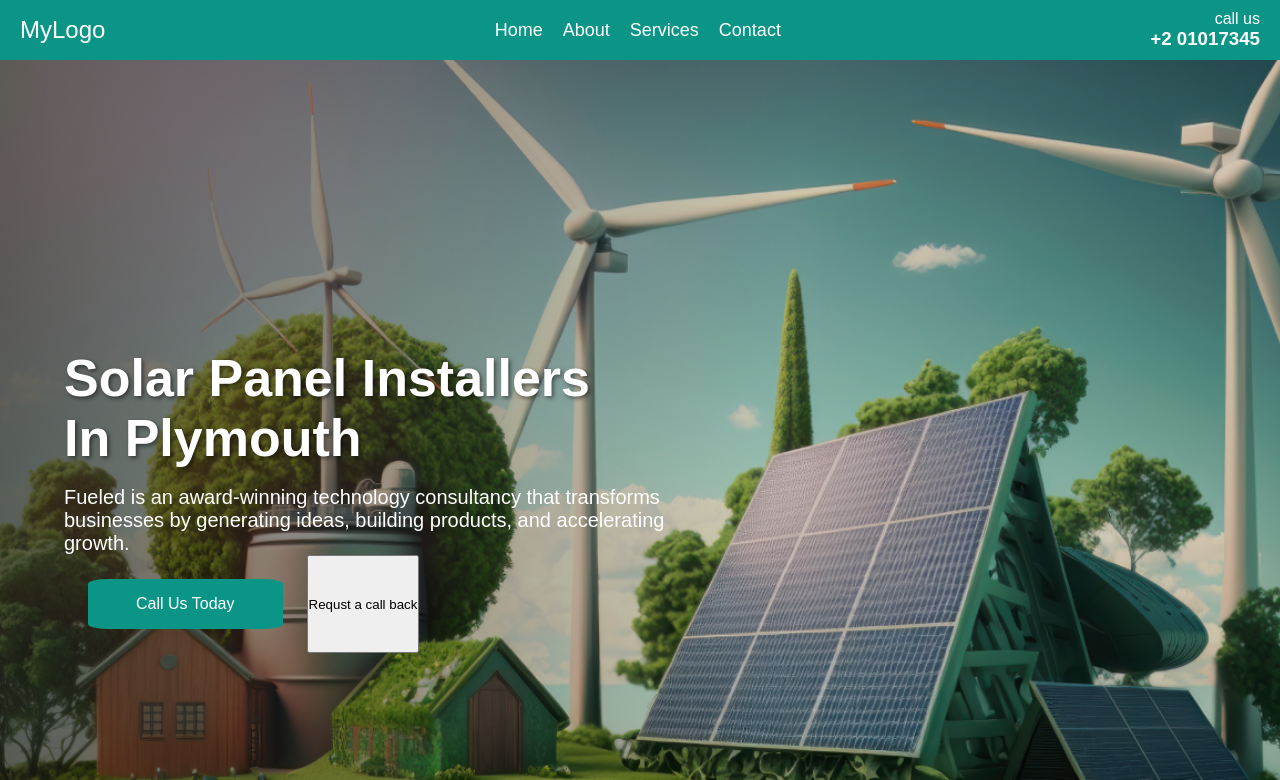
Repository: MaramNabil872/Landing-Page
Page: landingPage.html
An editor plug-in stored every save of this project. The page is shown before and after the next save, followed by the edit.
The browser window is 1280 px wide. The pictures show the whole page.

Above is the page before, as saved 2024-10-20 20:43:45.

After the next save:
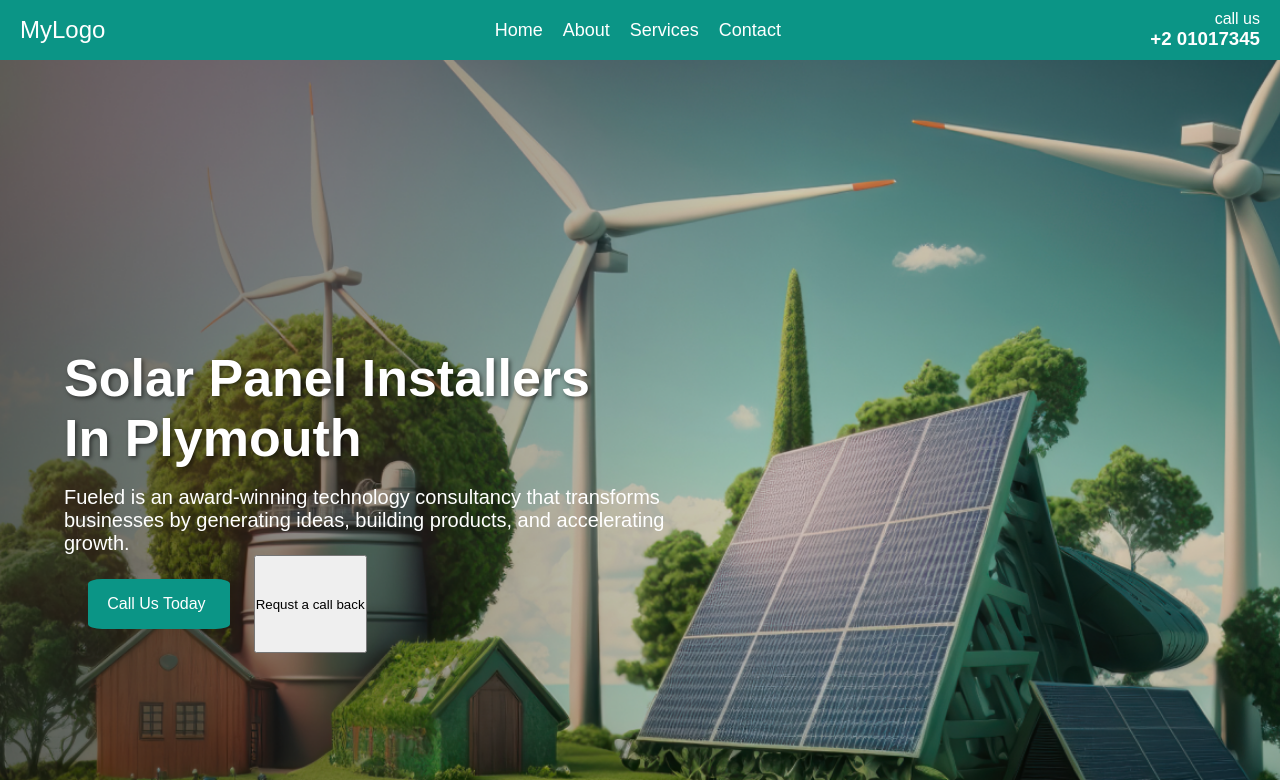
Saved 87 s later.
--- a/landingPage.css
+++ b/landingPage.css
@@ -87,7 +87,7 @@ body {
     color: white;
     border: none;
     border-radius: 10%;
-    padding: 2% 8%;
+    padding: 0.8em 1.5em 0.8em 1.2em;
     /* width: 20px; */
     margin: 4%;
     height: 50px;
